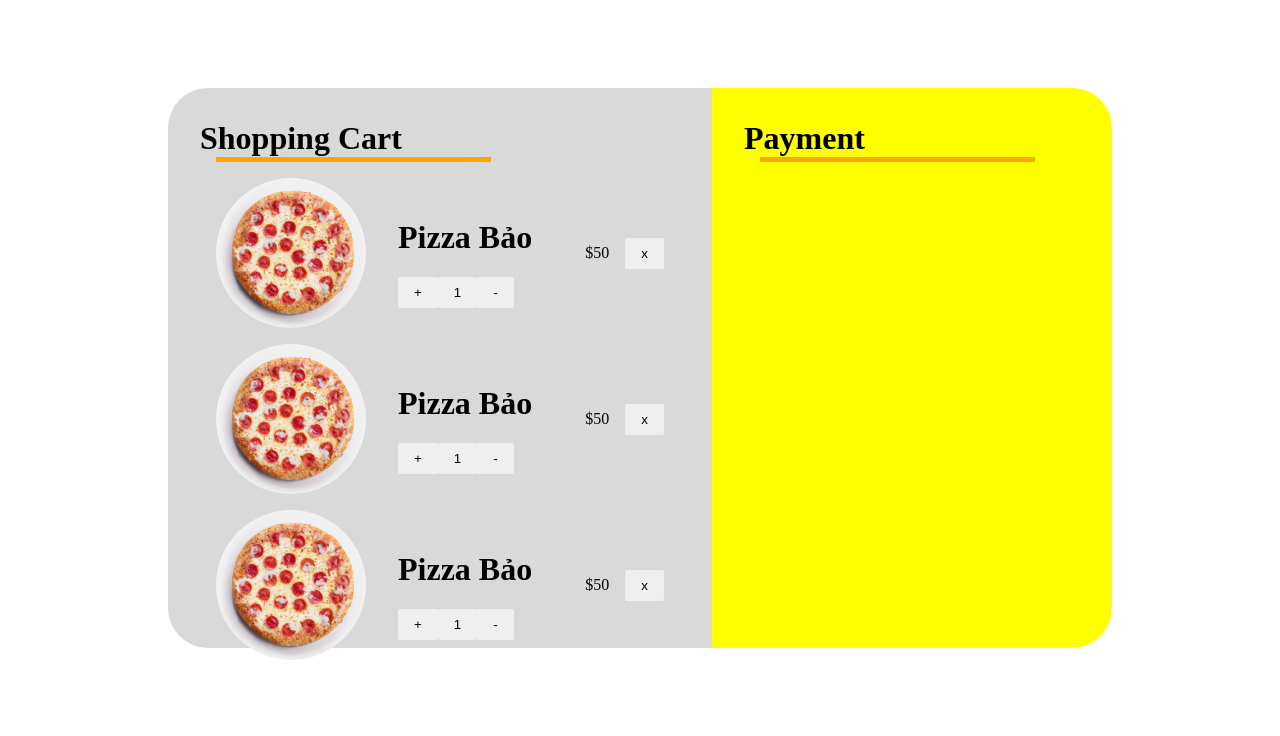
Repository: NDBaoFE/pizza-ordering-hiep
Page: /checkout
The author's editor kept a copy of each file at every save. The page is drawn from the files as they stood at one save, then again after the next save.
The browser window is 1280 px wide. The pictures show the whole page.
The project was rebuilt for these pictures with package versions that can differ from the ones it lists, and the page was loaded fresh each time.

Above is the page before, as saved 2022-08-27 22:17:31.

### public/index.html
<!DOCTYPE html>
<html lang="en">
  <head>
    <meta charset="utf-8" />
    <link rel="icon" href="%PUBLIC_URL%/avatar.png" />
    <meta name="viewport" content="width=device-width, initial-scale=1" />
    <meta name="theme-color" content="#000000" />
    <link rel="apple-touch-icon" href="%PUBLIC_URL%/avatar.png" />
    <title>Pizza Ordering</title>
  </head>
  <body>
    <noscript>You need to enable JavaScript to run this app.</noscript>
    <div id="root"></div>
  </body>
</html>

### src/App.js
import RouterComponent from './router'

function App() {
  return <>{RouterComponent}</>
}

export default App

### src/router/index.js
import { BrowserRouter, Routes, Route } from 'react-router-dom'
import Checkout from '../pages/Checkout'

const privateRoutes = [{ name: 'checkout', path: '/checkout', element: <Checkout /> }]

const RouterComponent = (
  <BrowserRouter>
    <Routes>
      {privateRoutes.map((route) => (
        <Route key={route.name} path={route.path} element={route.element} />
      ))}
    </Routes>
  </BrowserRouter>
)

export default RouterComponent

### src/pages/Checkout/index.jsx
import React from 'react'
import * as Styled from './Checkout.styled'
import pizza from '../../assets/pizza.jpg'

const Checkout = (props) => {
  return (
    <Styled.Background>
      <Styled.Cart>
        <Styled.Header>Shopping Cart</Styled.Header>
        <Styled.List>
          <Styled.Item>
            <Styled.Image src={pizza} />
            <Styled.Info>
              <h1>Pizza Bảo</h1>
              <div>
                <button>+</button>
                <button>1</button>
                <button>-</button>
              </div>
            </Styled.Info>
            <Styled.Price>$50</Styled.Price>
            <button>x</button>
          </Styled.Item>
          <Styled.Item>
            <Styled.Image src={pizza} />
            <Styled.Info>
              <h1>Pizza Bảo</h1>
              <div>
                <button>+</button>
                <button>1</button>
                <button>-</button>
              </div>
            </Styled.Info>
            <Styled.Price>$50</Styled.Price>
            <button>x</button>
          </Styled.Item>
          <Styled.Item>
            <Styled.Image src={pizza} />
            <Styled.Info>
              <h1>Pizza Bảo</h1>
              <div>
                <button>+</button>
                <button>1</button>
                <button>-</button>
              </div>
            </Styled.Info>
            <Styled.Price>$50</Styled.Price>
            <button>x</button>
          </Styled.Item>
        </Styled.List>
      </Styled.Cart>
      <Styled.Payment>
        <Styled.Header>Payment</Styled.Header>
      </Styled.Payment>
    </Styled.Background>
  )
}

Checkout.propTypes = {}

export default Checkout

### src/pages/Checkout/Checkout.styled.js
import styled from 'styled-components'

export const Background = styled.div`
  box-sizing: border-box;
  width: 100%;
  height: 100vh;
  padding: 5rem 10rem;
  display: flex;
  overflow-y: hidden;

  & button {
    padding: 0.5rem 1rem;
    border: none;
    cursor: pointer;
    border-radius: 2px;

    &:hover {
      opacity: 0.6;
    }
  }
`
export const Cart = styled.div`
  padding: 2rem;
  display: block;
  background-color: #d9d9d9;
  flex: 1;
  border-top-left-radius: 40px;
  border-bottom-left-radius: 40px;
`
export const Payment = styled.div`
  box-sizing: border-box;
  padding: 2rem;
  min-width: 400px;
  background-color: yellow;
  border-top-right-radius: 40px;
  border-bottom-right-radius: 40px;
`

export const Header = styled.header`
  font-size: 2rem;
  font-weight: 700;

  &::after {
    content: '';
    display: block;
    width: 275px;
    height: 5px;
    background-color: orange;
    margin: 0 1rem;
  }
`

export const List = styled.ul`
  list-style: none;
  padding: 0;
`

export const Item = styled.li`
  display: flex;
  align-items: center;
  margin: 1rem;
`

export const Image = styled.img`
  margin-right: 2rem;
  border-radius: 50%;

  width: 150px;
`
export const Info = styled.div`
  flex: 1;
`
export const Button = styled.button``
export const Price = styled.span`
  margin: 0 1rem;
`
export const CloseButton = styled.button`
  margin: 0 1rem;
`

Loaded but not shown: src/index.js (common file)

After the next save:
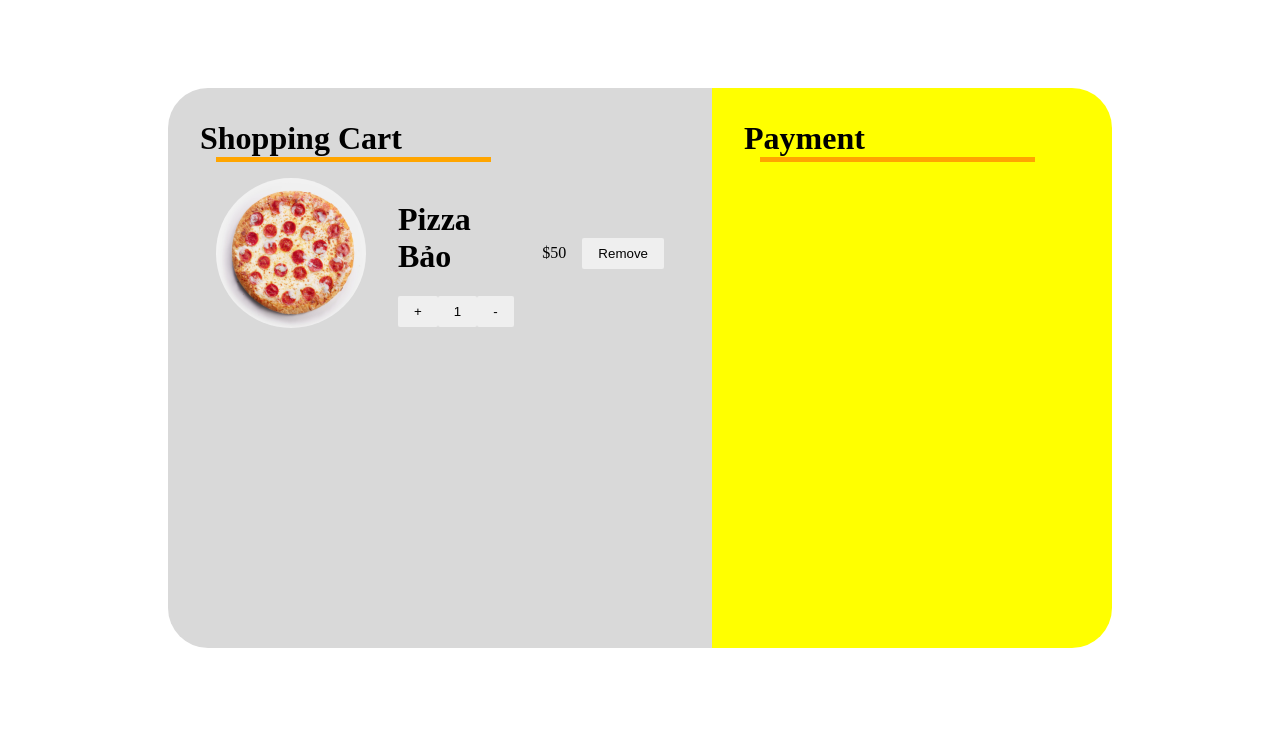
Saved 27 s later.
--- a/src/pages/Checkout/index.jsx
+++ b/src/pages/Checkout/index.jsx
@@ -19,33 +19,7 @@ const Checkout = (props) => {
               </div>
             </Styled.Info>
             <Styled.Price>$50</Styled.Price>
-            <button>x</button>
-          </Styled.Item>
-          <Styled.Item>
-            <Styled.Image src={pizza} />
-            <Styled.Info>
-              <h1>Pizza Bảo</h1>
-              <div>
-                <button>+</button>
-                <button>1</button>
-                <button>-</button>
-              </div>
-            </Styled.Info>
-            <Styled.Price>$50</Styled.Price>
-            <button>x</button>
-          </Styled.Item>
-          <Styled.Item>
-            <Styled.Image src={pizza} />
-            <Styled.Info>
-              <h1>Pizza Bảo</h1>
-              <div>
-                <button>+</button>
-                <button>1</button>
-                <button>-</button>
-              </div>
-            </Styled.Info>
-            <Styled.Price>$50</Styled.Price>
-            <button>x</button>
+            <button>Remove</button>
           </Styled.Item>
         </Styled.List>
       </Styled.Cart>
